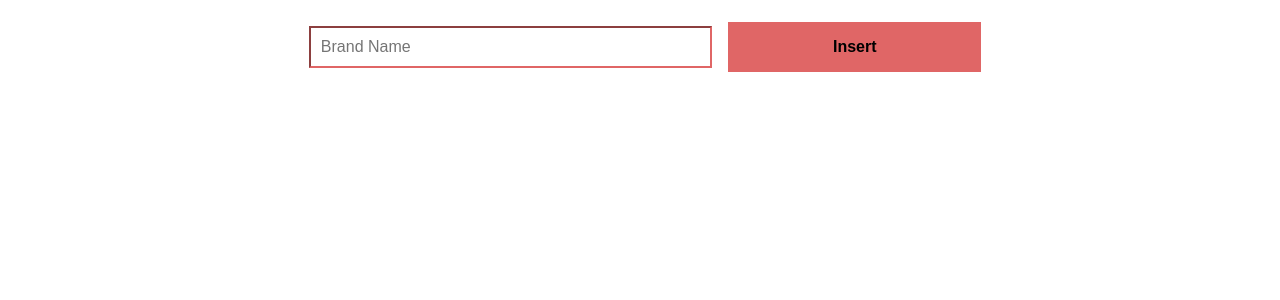
Repository: developerks611/Bumble-bee
Page: http://localhost/Bumble/add-brand.jsp
An editor plug-in stored every save of this project. The page is shown before and after the next save, followed by the edit.
The browser window is 1280 px wide. The pictures show the whole page.
The page is served by Tomcat 9. Other server files are loaded and not shown.

Above is the page before, as saved 2023-02-28 05:43:48.

### Bumble/src/main/webapp/add-brand.jsp
<%@ page language="java" contentType="text/html; charset=ISO-8859-1"
    pageEncoding="ISO-8859-1" isELIgnored="false"%>
 <%@ taglib prefix = "tag" uri = "http://java.sun.com/jsp/jstl/core" %>
<!DOCTYPE html>
<html>
<head>
<meta charset="ISO-8859-1">
<title>Insert Brand</title>
<style>
.container {
 text-align:center;
}

.createAccount {
	margin-left: 0.5%;
}

.createAccount{

	background-color:#e06666;
	outline: none;
    border: none;
    width:20%;
    height:50px;;
    font-size:100%;
    padding:10px;
    font-weight:bold;
}
.txt_input{

	width:30%;
	height:auto;
	margin:10px;
	padding:10px;
	font-size:100%;
	border-color:#e06666;
}
</style>
</head>
<body>
	<div class="container">
		<p>${message }<p>
		<form action="addBrand" method="post">
			<input type="text" class="txt_input" placeholder="Brand Name"><button type="submit" class="btn btn-success createAccount">Insert</button>
		</form>



	</div>

</body>
</html>

After the next save:
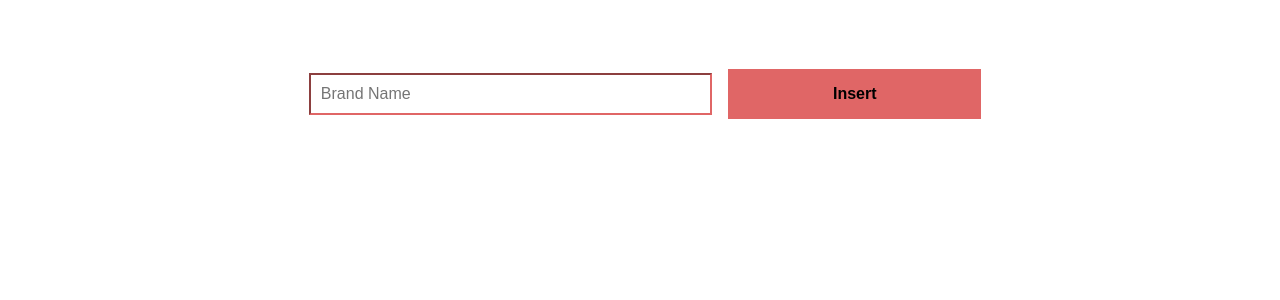
Saved 31 s later.
--- a/Bumble/src/main/webapp/add-brand.jsp
+++ b/Bumble/src/main/webapp/add-brand.jsp
@@ -9,6 +9,7 @@
 <style>
 .container {
  text-align:center;
+ margin-top:5%;
 }
 
 .createAccount {
